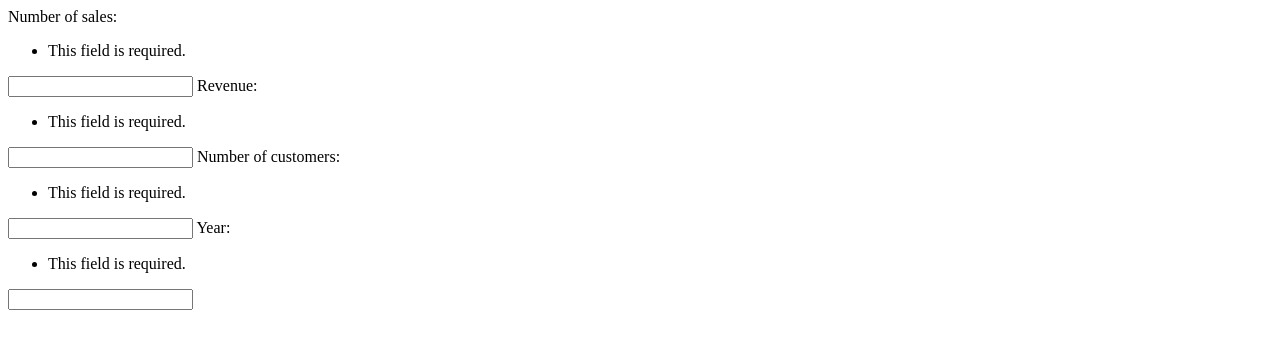
Repository: EmmanuelKeifala/Hackathon
Page: http://localhost/upload/
These files come from the project's save history. The page is drawn as it stood at one moment and after the next save; the edit follows.
The browser window is 1280 px wide. The pictures show the whole page.
The page is served by the project's application, run on Django 3.2 (manage.py). Other server files are loaded and not shown.

Above is the page before, as saved 2022-10-29 02:16:49.

### users/templates/users/upload.html
<form>{{form}}</form>

### users/forms.py
from django.contrib.auth.models import User
from django.contrib.auth.forms import UserCreationForm
from django import forms
from django.forms import ModelForm
from .models import Enterpreneur


class UserRegisterForm(UserCreationForm):
    email = forms.EmailField()

    class Meta:
        model = User
        fields = ['username', 'email', 'password1', 'password2']


class BusinessData(ModelForm):
    number_of_sales = forms.SlugField()
    revenue = forms.SlugField()
    number_of_customers = forms.SlugField()
    year = forms.IntegerField()

    class Meta:
        model = Enterpreneur
        fields = ['number_of_sales', 'revenue', 'number_of_customers', "year"]

### users/models.py
import email
from enum import auto
from unicodedata import name
from django.db import models

# Create your models here.

# this is for the admin


class Admin(models.Model):
    id = models.AutoField(primary_key=True)
    name = models.TextField()
    email = models.TextField()
    password = models.TextField()
    created_at = models.DateTimeField(auto_now=True)
    update_at = models.DateTimeField(auto_now=True)
    objects = models.Manager()

# Analysts Table


class Analysts(models.Model):
    id = models.AutoField(primary_key=True)
    name = models.TextField()
    email = models.TextField()
    password = models.CharField(max_length=255)
    created_at = models.DateTimeField(auto_now=True)
    objects = models.Manager()

# this is for the Enterpreneurs table


class Trainee(models.Model):
    id = models.AutoField(primary_key=True)
    admin = models.OneToOneField(Admin, on_delete=models.CASCADE)
    analyst = models.OneToOneField(Analysts, on_delete=models.CASCADE)
    name = models.TextField()
    email = models.TextField()
    age = models.TextField()
    gender = models.TextField()
    date_of_training = models.DateTimeField(auto_now=True)
    idea = models.TextField()
    institution = models.TextField()
    qualification = models.TextField()
    location = models.TextField()
    objects = models.Manager()

    # this is for the entrepenuer


class Enterpreneur(models.Model):
    id = models.AutoField(primary_key=True)
    number_of_sales = models.TextField()
    revenue = models.TextField()
    number_of_customers = models.TextField()
    year = models.IntegerField()

### users/views.py
from django.shortcuts import render, redirect
from django.contrib.auth.forms import UserCreationForm
from .forms import UserRegisterForm
from .forms import BusinessData;
from django.contrib import messages
from django.contrib.auth.decorators import login_required


def home(request):
    return render(request, 'users/home.html')


def generalusers_home(request):
    return render(request, "users/home.html")


def Analyst_home(request):
    return render(request, "users/home.html")


def upload(request):
    form = BusinessData(request.POST)
    print(request.POST)
    return render(request, "users/upload.html", {'form': form})


def register(request):
    if request.method == "POST":
        form = UserRegisterForm(request.POST)
        if form.is_valid():
            form.save()
            username = form.cleaned_data.get('username')
            messages.success(
                request, f'Hi {username}, your account was created successfully')
            return redirect('home')
    else:
        form = UserRegisterForm()

    return render(request, 'users/register.html', {'form': form})


@login_required()
def profile(request):
    return render(request, 'users/profile.html')

### authsysproject/urls.py
"""authsysproject URL Configuration

The `urlpatterns` list routes URLs to views. For more information please see:
    https://docs.djangoproject.com/en/3.2/topics/http/urls/
Examples:
Function views
    1. Add an import:  from my_app import views
    2. Add a URL to urlpatterns:  path('', views.home, name='home')
Class-based views
    1. Add an import:  from other_app.views import Home
    2. Add a URL to urlpatterns:  path('', Home.as_view(), name='home')
Including another URLconf
    1. Import the include() function: from django.urls import include, path
    2. Add a URL to urlpatterns:  path('blog/', include('blog.urls'))
"""
from django.contrib import admin
from django.urls import path, include

urlpatterns = [
    path('admin/', admin.site.urls),
    path('', include('users.urls'))
]

### users/urls.py
from django.urls import path
from . import views
from django.contrib.auth import views as auth_view

urlpatterns = [
    path('', views.home, name='home'),
    path('register/', views.register, name='register'),
    path('profile/', views.profile, name='profile'),
    path("upload/", views.upload, name="upload business data"),
    path('Analyst_home/', views.Analyst_home, name='Analyst_home'),
    path('generalusers_home/', views.generalusers_home, name='generalusers_home'),
    path('login/', auth_view.LoginView.as_view(template_name='users/login.html'), name="login"),
    path('logout/', auth_view.LogoutView.as_view(template_name='users/logout.html'), name="logout"),
]

After the next save:
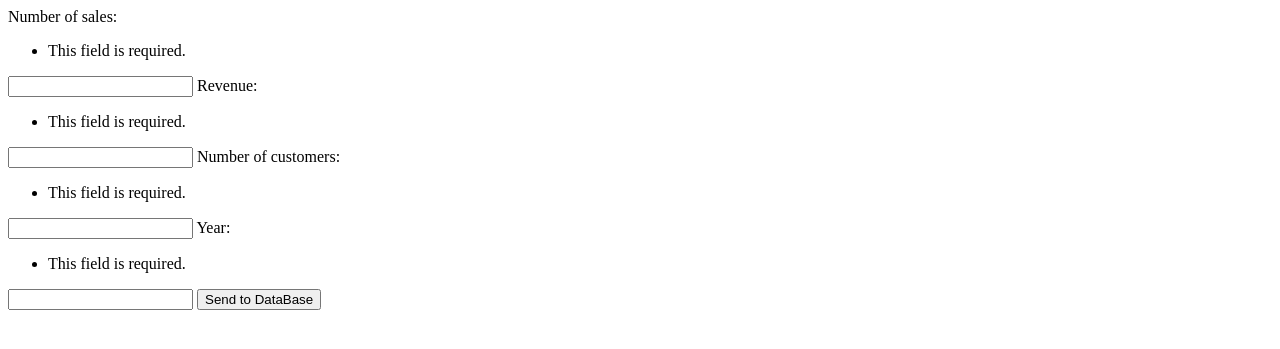
Saved 26 s later.
--- a/users/templates/users/upload.html
+++ b/users/templates/users/upload.html
@@ -1 +1,5 @@
-<form>{{form}}</form>
+<form>
+  {{form}}
+
+  <button>Send to DataBase</button>
+</form>
